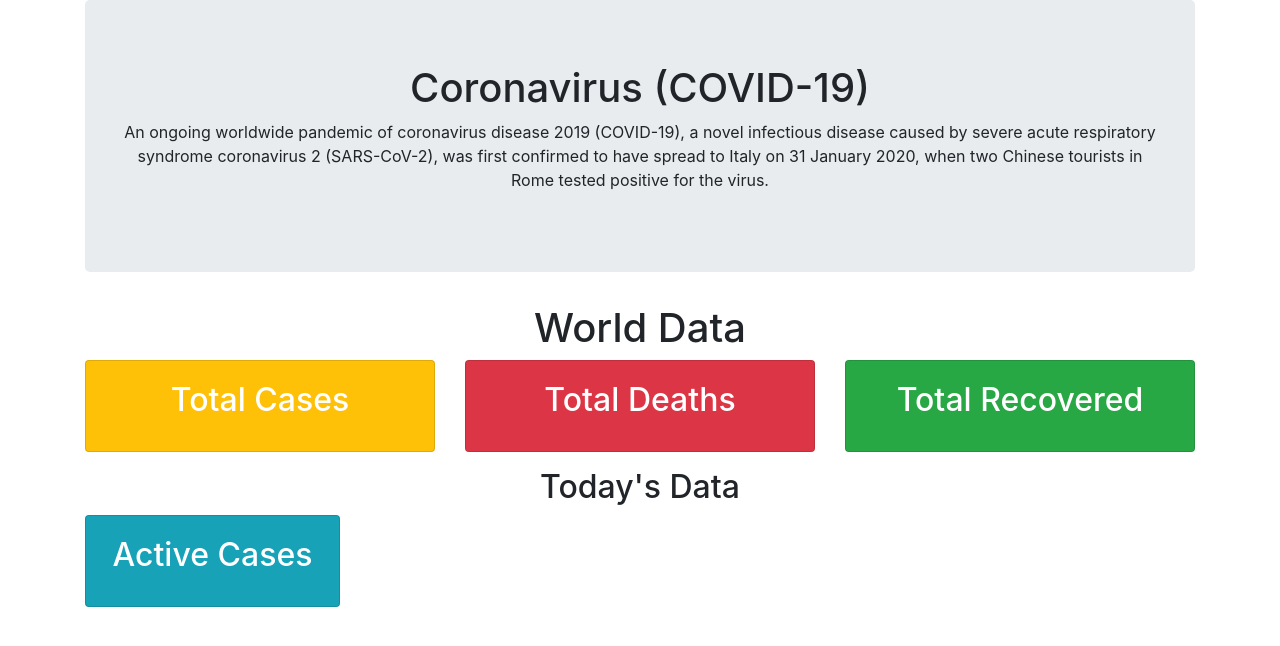
Repository: ahmadsaadkhan/react-covid-app
Page: /
The author's editor kept a copy of each file at every save. The page is drawn from the files as they stood at one save, then again after the next save.
The browser window is 1280 px wide. The pictures show the whole page.
The page's requests for data from a server got no answer. The project was rebuilt for these pictures with package versions that can differ from the ones it lists, and the page was loaded fresh each time. No one was signed in, and anything a server would have sent is missing.

Above is the page before, as saved 2021-04-19 16:01:25.

### public/index.html
<!DOCTYPE html>
<html lang="en">

<head>
    <meta charset="utf-8" />
    <link rel="icon" href="%PUBLIC_URL%/favicon.ico" />
    <meta name="viewport" content="width=device-width, initial-scale=1" />
    <meta name="theme-color" content="#000000" />
    <meta name="description" content="Web site created using create-react-app" />
    <link rel="apple-touch-icon" href="%PUBLIC_URL%/logo192.png" />
    <!--
      manifest.json provides metadata used when your web app is installed on a
      user's mobile device or desktop. See https://developers.google.com/web/fundamentals/web-app-manifest/
    -->
    <link rel="manifest" href="%PUBLIC_URL%/manifest.json" />
    <link rel="stylesheet" href="https://cdn.jsdelivr.net/npm/bootstrap@4.6.0/dist/css/bootstrap.min.css" integrity="sha384-B0vP5xmATw1+K9KRQjQERJvTumQW0nPEzvF6L/Z6nronJ3oUOFUFpCjEUQouq2+l" crossorigin="anonymous" />
    <!--
      Notice the use of %PUBLIC_URL% in the tags above.
      It will be replaced with the URL of the `public` folder during the build.
      Only files inside the `public` folder can be referenced from the HTML.

      Unlike "/favicon.ico" or "favicon.ico", "%PUBLIC_URL%/favicon.ico" will
      work correctly both with client-side routing and a non-root public URL.
      Learn how to configure a non-root public URL by running `npm run build`.
    -->
    <title>React App</title>
</head>

<body>
    <noscript>You need to enable JavaScript to run this app.</noscript>
    <div id="root"></div>
    <!--
      This HTML file is a template.
      If you open it directly in the browser, you will see an empty page.

      You can add webfonts, meta tags, or analytics to this file.
      The build step will place the bundled scripts into the <body> tag.

      To begin the development, run `npm start` or `yarn start`.
      To create a production bundle, use `npm run build` or `yarn build`.
    -->
</body>

</html>

### src/App.js
import './App.css';
import { useState } from 'react';
import { useEffect } from 'react';

function App() {

  const [Covid_Data, setCovid_Data] = useState(null);

  const getData = () => {
    fetch("https://vaccovid-coronavirus-vaccine-and-treatment-tracker.p.rapidapi.com/api/npm-covid-data/world", {
      "method": "GET",
      "headers": {
        "x-rapidapi-key": "3d33dc1e13mshc5f97558480723fp15e23bjsnc1db1b7183da",
        "x-rapidapi-host": "vaccovid-coronavirus-vaccine-and-treatment-tracker.p.rapidapi.com"
      }
    })
      .then(response => {
        return response.json();
      })
      .then(data => {
        console.log(data);
        setCovid_Data(data);
      })
      .catch(err => {
        console.error(err);
      });


  }

  useEffect(() => {
    getData()
  }, [])

  return (
    <div className="App">
      <div className="container">
        <div className="jumbotron text-center">
          <h1>Coronavirus (COVID-19)</h1>
          <p>An ongoing worldwide pandemic of coronavirus disease 2019 (COVID-19), a novel infectious disease caused by severe acute respiratory syndrome coronavirus 2 (SARS-CoV-2), was first confirmed to have spread to Italy on 31 January 2020, when two Chinese tourists in Rome tested positive for the virus.</p>
        </div>
        <h1>World Data</h1>
        <div className="row">
          <div className="col-md-4">
            <div className="card text-white bg-warning mb-3">
              <div className="card-body">
                <h2 className="card-title"> Total Cases</h2>
                <p className="card-text h3">{Covid_Data && Covid_Data[0].TotalCases}</p>
              </div>
            </div>
          </div>
          <div className="col-md-4">
            <div className="card text-white bg-danger mb-3">
              <div className="card-body">
                <h2 className="card-title"> Total Deaths</h2>
                <p className="card-text h3">{Covid_Data && Covid_Data[0].TotalDeaths}</p>
              </div>
            </div>
          </div>
          <div className="col-md-4">
            <div className="card text-white bg-success mb-3">
              <div className="card-body">
                <h2 className="card-title"> Total Recovered</h2>
                <p className="card-text h3">{Covid_Data && Covid_Data[0].TotalRecovered}</p>
              </div>
            </div>
          </div>
        </div>

        <h2>Today's Data</h2>
        <div className="row">
          <div className="col-md-3">
            <div className="card text-white bg-info mb-3">
              <div className="card-body">
                <h2 className="card-title"> Active Cases</h2>
                <p className="card-text h3">{Covid_Data && Covid_Data[0].ActiveCases}</p>
              </div>
            </div>
          </div>

        </div>

      </div>
    </div>
  );
}

export default App;

Loaded but not shown: src/index.js (common file); src/index.css (common file); src/App.css (common file)

After the next save:
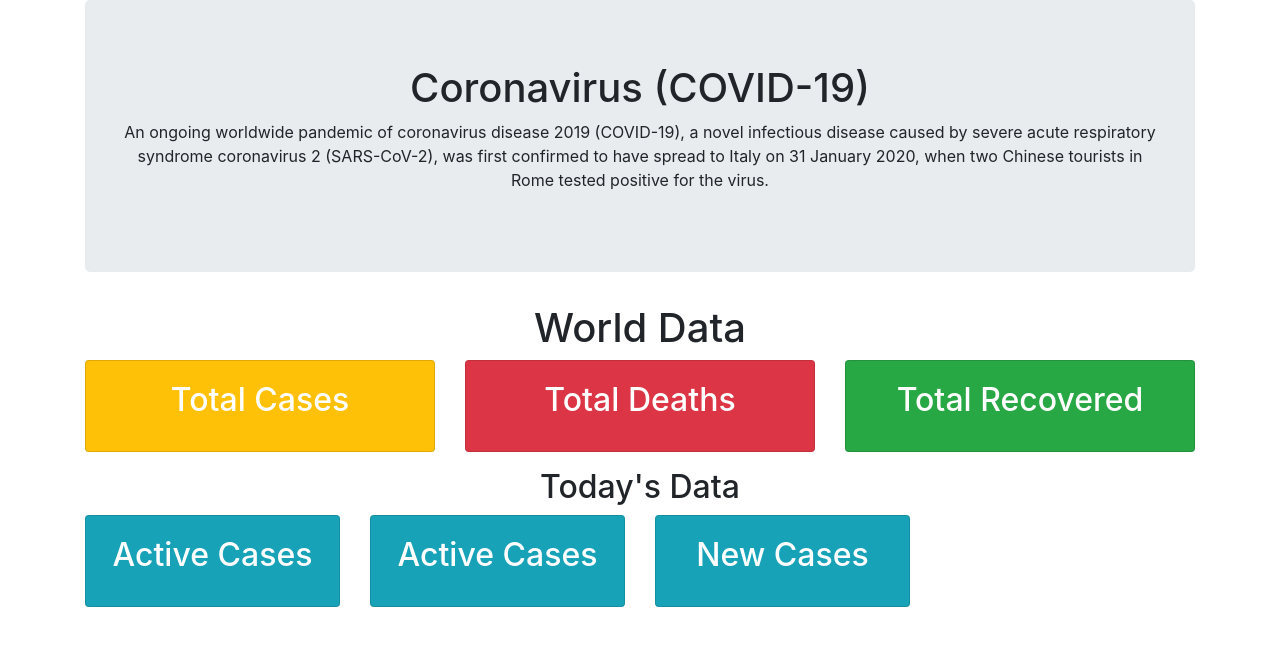
Saved 34 s later.
--- a/src/App.js
+++ b/src/App.js
@@ -69,11 +69,30 @@ function App() {
 
         <h2>Today's Data</h2>
         <div className="row">
+
           <div className="col-md-3">
             <div className="card text-white bg-info mb-3">
               <div className="card-body">
                 <h2 className="card-title"> Active Cases</h2>
                 <p className="card-text h3">{Covid_Data && Covid_Data[0].ActiveCases}</p>
+              </div>
+            </div>
+          </div>
+
+          <div className="col-md-3">
+            <div className="card text-white bg-info mb-3">
+              <div className="card-body">
+                <h2 className="card-title"> Active Cases</h2>
+                <p className="card-text h3">{Covid_Data && Covid_Data[0].ActiveCases}</p>
+              </div>
+            </div>
+          </div>
+
+          <div className="col-md-3">
+            <div className="card text-white bg-info mb-3">
+              <div className="card-body">
+                <h2 className="card-title"> New Cases</h2>
+                <p className="card-text h3">{Covid_Data && Covid_Data[0].NewCases}</p>
               </div>
             </div>
           </div>
